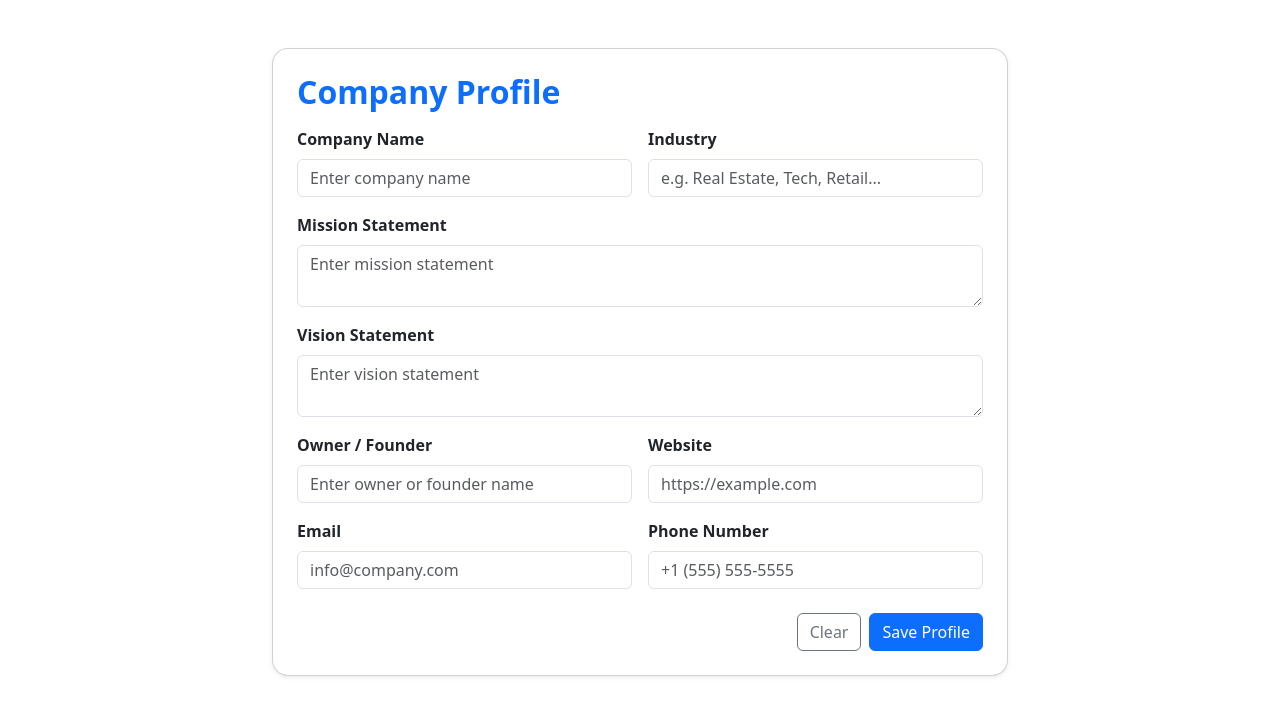
Repository: tonym642/bizcore360-wp
Page: pages/company-profile.html
An editor plug-in stored every save of this project. The page is shown before and after the next save, followed by the edit.
The browser window is 1280 px wide. The pictures show the whole page.

Above is the page before, as saved 2025-10-22 16:11:55.

After the next save:
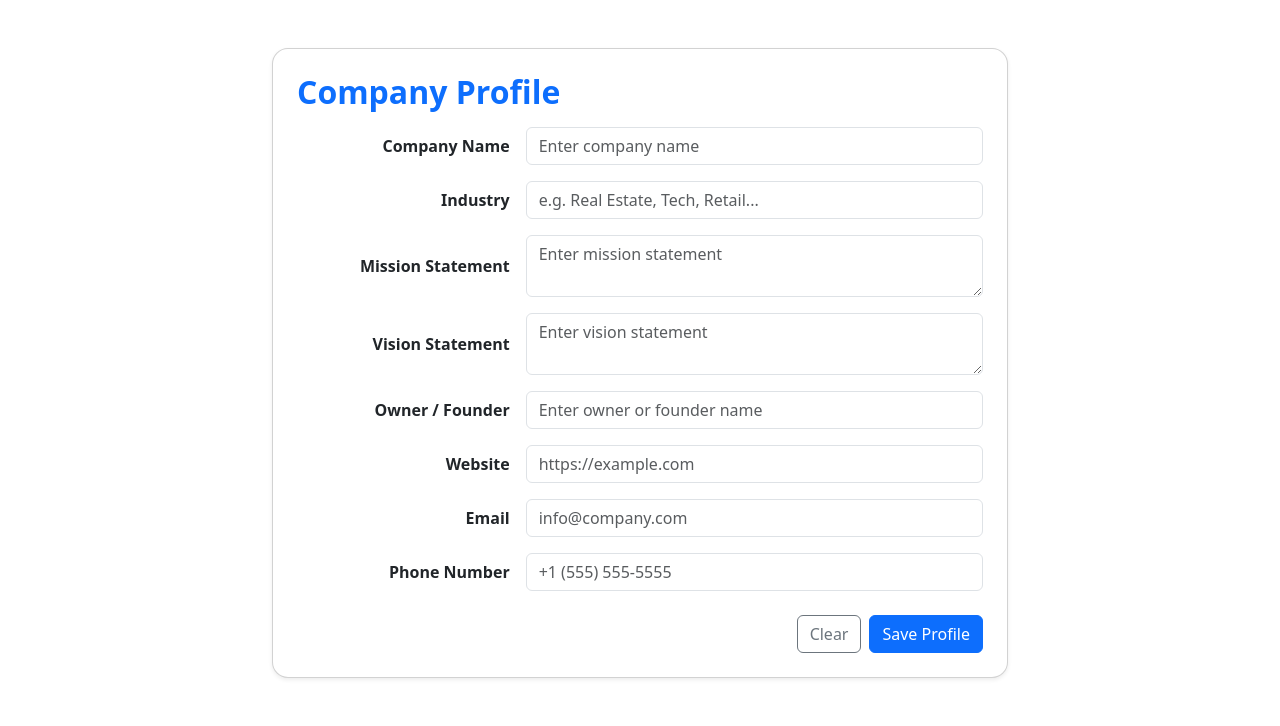
Saved 7 min 2 s later.
--- a/pages/company-profile.html
+++ b/pages/company-profile.html
@@ -16,37 +16,69 @@
           <h2 class="mb-3 fw-bold text-primary">Company Profile</h2>
           <form id="companyProfileForm" class="needs-validation" novalidate>
             <div class="row g-3">
-              <div class="col-md-6">
-                <label class="form-label fw-semibold">Company Name</label>
-                <input type="text" class="form-control" id="companyName" placeholder="Enter company name" required />
+              <div class="col-12 d-flex flex-row align-items-center">
+                <div class="col-5 col-md-4 text-start text-md-end pe-md-3">
+                  <label class="form-label fw-semibold mb-0">Company Name</label>
+                </div>
+                <div class="col-7 col-md-8">
+                  <input type="text" class="form-control" id="companyName" placeholder="Enter company name" required />
+                </div>
               </div>
-              <div class="col-md-6">
-                <label class="form-label fw-semibold">Industry</label>
-                <input type="text" class="form-control" id="companyIndustry" placeholder="e.g. Real Estate, Tech, Retail..." />
+              <div class="col-12 d-flex flex-row align-items-center">
+                <div class="col-5 col-md-4 text-start text-md-end pe-md-3">
+                  <label class="form-label fw-semibold mb-0">Industry</label>
+                </div>
+                <div class="col-7 col-md-8">
+                  <input type="text" class="form-control" id="companyIndustry" placeholder="e.g. Real Estate, Tech, Retail..." />
+                </div>
               </div>
-              <div class="col-md-12">
-                <label class="form-label fw-semibold">Mission Statement</label>
-                <textarea class="form-control" id="companyMission" rows="2" placeholder="Enter mission statement"></textarea>
+              <div class="col-12 d-flex flex-row align-items-center">
+                <div class="col-5 col-md-4 text-start text-md-end pe-md-3">
+                  <label class="form-label fw-semibold mb-0">Mission Statement</label>
+                </div>
+                <div class="col-7 col-md-8">
+                  <textarea class="form-control" id="companyMission" rows="2" placeholder="Enter mission statement"></textarea>
+                </div>
               </div>
-              <div class="col-md-12">
-                <label class="form-label fw-semibold">Vision Statement</label>
-                <textarea class="form-control" id="companyVision" rows="2" placeholder="Enter vision statement"></textarea>
+              <div class="col-12 d-flex flex-row align-items-center">
+                <div class="col-5 col-md-4 text-start text-md-end pe-md-3">
+                  <label class="form-label fw-semibold mb-0">Vision Statement</label>
+                </div>
+                <div class="col-7 col-md-8">
+                  <textarea class="form-control" id="companyVision" rows="2" placeholder="Enter vision statement"></textarea>
+                </div>
               </div>
-              <div class="col-md-6">
-                <label class="form-label fw-semibold">Owner / Founder</label>
-                <input type="text" class="form-control" id="companyOwner" placeholder="Enter owner or founder name" />
+              <div class="col-12 d-flex flex-row align-items-center">
+                <div class="col-5 col-md-4 text-start text-md-end pe-md-3">
+                  <label class="form-label fw-semibold mb-0">Owner / Founder</label>
+                </div>
+                <div class="col-7 col-md-8">
+                  <input type="text" class="form-control" id="companyOwner" placeholder="Enter owner or founder name" />
+                </div>
               </div>
-              <div class="col-md-6">
-                <label class="form-label fw-semibold">Website</label>
-                <input type="url" class="form-control" id="companyWebsite" placeholder="https://example.com" />
+              <div class="col-12 d-flex flex-row align-items-center">
+                <div class="col-5 col-md-4 text-start text-md-end pe-md-3">
+                  <label class="form-label fw-semibold mb-0">Website</label>
+                </div>
+                <div class="col-7 col-md-8">
+                  <input type="url" class="form-control" id="companyWebsite" placeholder="https://example.com" />
+                </div>
               </div>
-              <div class="col-md-6">
-                <label class="form-label fw-semibold">Email</label>
-                <input type="email" class="form-control" id="companyEmail" placeholder="info@company.com" />
+              <div class="col-12 d-flex flex-row align-items-center">
+                <div class="col-5 col-md-4 text-start text-md-end pe-md-3">
+                  <label class="form-label fw-semibold mb-0">Email</label>
+                </div>
+                <div class="col-7 col-md-8">
+                  <input type="email" class="form-control" id="companyEmail" placeholder="info@company.com" />
+                </div>
               </div>
-              <div class="col-md-6">
-                <label class="form-label fw-semibold">Phone Number</label>
-                <input type="text" class="form-control" id="companyPhone" placeholder="+1 (555) 555-5555" />
+              <div class="col-12 d-flex flex-row align-items-center">
+                <div class="col-5 col-md-4 text-start text-md-end pe-md-3">
+                  <label class="form-label fw-semibold mb-0">Phone Number</label>
+                </div>
+                <div class="col-7 col-md-8">
+                  <input type="text" class="form-control" id="companyPhone" placeholder="+1 (555) 555-5555" />
+                </div>
               </div>
             </div>
             <div class="mt-4 d-flex justify-content-end">
@@ -64,3 +96,5 @@
   <script src="https://cdn.jsdelivr.net/npm/bootstrap@5.3.2/dist/js/bootstrap.bundle.min.js"></script>
 </body>
 </html>
+
+<!-- forced-sync: 2025-10-21 17:41:54 -->
